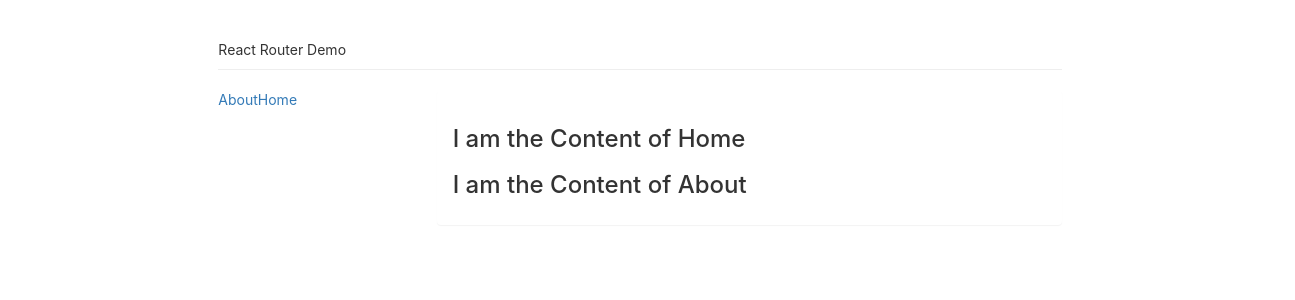
Repository: wenxi0504/Pubsub220113
Page: /about (app in githubsearch/)
These files come from the project's save history. The page is drawn as it stood at one moment and after the next save; the edit follows.
The browser window is 1280 px wide. The page is 1295 px wide, so the pictures cover 1295 px, including what lies to the right of the window. The pictures show the whole page.
The project was rebuilt for these pictures with package versions that can differ from the ones it lists, and the page was loaded fresh each time.

Above is the page before, as saved 2022-01-14 22:46:49.

### githubsearch/public/index.html
<!DOCTYPE html>
<html lang="en">
  <head>
    <meta charset="utf-8" />
    <title>react staging</title>
    <link rel="icon" href="%PUBLIC_URL%/favicon.ico"  />
    <link rel="stylesheet" href="./css/bootstrap.css" />

  </head>
  <body>
    <noscript>You need to enable JavaScript to run this app.</noscript>
    <div id="root"></div>

  </body>
</html>

### githubsearch/src/index.js
import React from 'react';
import ReactDOM from 'react-dom';
import {BrowserRouter}from'react-router-dom';
import './index.css';
import App from './App';
import reportWebVitals from './reportWebVitals';

ReactDOM.render(
  <React.StrictMode>
    <BrowserRouter>
    <App />
    </BrowserRouter>

  </React.StrictMode>,
  document.getElementById('root')
);

// If you want to start measuring performance in your app, pass a function
// to log results (for example: reportWebVitals(console.log))
// or send to an analytics endpoint. Learn more: https://bit.ly/CRA-vitals
reportWebVitals();

### githubsearch/src/index.css
body {
  margin: 0;
  font-family: -apple-system, BlinkMacSystemFont, 'Segoe UI', 'Roboto', 'Oxygen',
    'Ubuntu', 'Cantarell', 'Fira Sans', 'Droid Sans', 'Helvetica Neue',
    sans-serif;
  -webkit-font-smoothing: antialiased;
  -moz-osx-font-smoothing: grayscale;
}

code {
  font-family: source-code-pro, Menlo, Monaco, Consolas, 'Courier New',
    monospace;
}

.atguigu{
  background-color: orange;
}

### githubsearch/src/App.js
import React, { Component } from "react"
import{NavLink,Route,Routes}from'react-router-dom'
import Home from './pages/Home'
import About from './pages/About'
import Header from './components/Header'
import MyNavLink from './components/MyNavLink'
export default class App extends Component {
  render() {
    return (
      <div>
        <div className="row">
          <div className="col-xs-offset-2 col-xs-8">
            <div className= "page-header">
              <Header a={1}/>
            </div>
          </div>
        </div>
        <div className="row">
          <div className="col-xs-2 col-xs-offset-2">
            <div className="list-group">
              {/* <a className="list-group-item" href="./about.html">
                About
              </a>
              <a className="list-group-item active" href="./home.html">
                Home
              </a> */}
              {/* using route to shift different components---write a route link */}
              <NavLink to="/about">About</NavLink>
              <NavLink to="/home">Home</NavLink>

            </div>
          </div>
          <div className="col-xs-6">
            <div className="panel">
              <div className="panel-body">
                {/* Register route */}
          <Routes>
                <Route path="/about" component={About}/>
                <Route path="/home" component={Home}/>
                </Routes>


              <Home/>
              <About/>
              </div>
            </div>
          </div>
        </div>
      </div>
    );
  }
}

### githubsearch/src/pages/Home/index.js
import React, { Component } from 'react'

export default class Home extends Component {
    render() {
        return (
            <div>
                <h3>I am the Content of Home</h3>
            </div>
        )
    }
}

### githubsearch/src/pages/About/index.js
import React, { Component } from 'react'

export default class About extends Component {

    render() {
        console.log('The props that About component receive is? ',this.props)
        return (
            <div>
               <h3>I am the Content of About</h3>
            </div>
        )
    }
}

### githubsearch/src/components/Header/index.js
import React, { Component } from 'react'

export default class Header extends Component {
    render() {
        console.log('The props that Header component receive is? ',this.props)
        return (
            <div>
                React Router Demo
            </div>
        )
    }
}

### githubsearch/src/components/MyNavLink/index.js
import React, { Component } from 'react'
import {NavLink} from 'react-router-dom'

export default class MyNavLink extends Component {
    render() {
        //way 1
        // const{to,title}=this.props
        // return (
        //     <NavLink  activeClassName="atguigu"className="list-group-item" to={to}>{title}</NavLink>
        // )
        //way 2
        // const{title}=this.props
        // return (
        //     <NavLink  activeClassName="atguigu"className="list-group-item" {...this.props}>{title}</NavLink>
        // )
        //way3 tag body is also a special props
        const{title}=this.props
        return (
            <NavLink  activeClassName="atguigu"className="list-group-item" {...this.props} />
        )

    }
}

Loaded but not shown: githubsearch/src/reportWebVitals.js (common file); githubsearch/public/css/bootstrap.css (library)

After the next save:
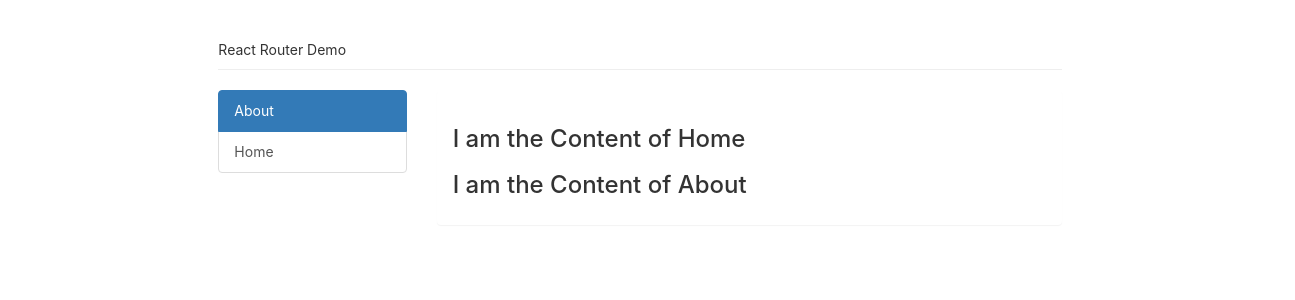
Saved 8 min 0 s later.
--- a/githubsearch/src/App.js
+++ b/githubsearch/src/App.js
@@ -25,8 +25,8 @@ export default class App extends Component {
                 Home
               </a> */}
               {/* using route to shift different components---write a route link */}
-              <NavLink to="/about">About</NavLink>
-              <NavLink to="/home">Home</NavLink>
+              <MyNavLink to="/about">About</MyNavLink>
+              <MyNavLink to="/home">Home</MyNavLink>
 
             </div>
           </div>
